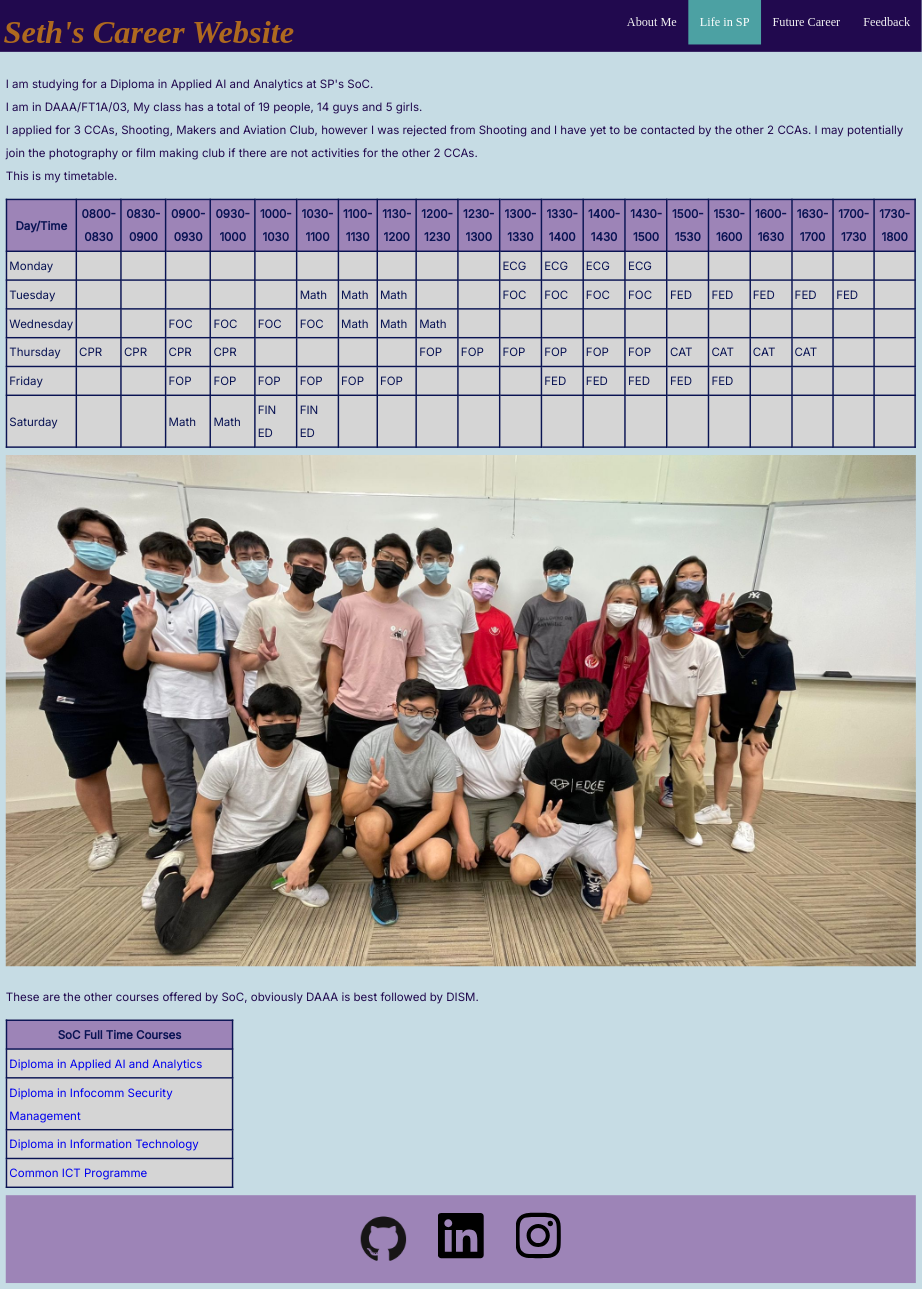
Repository: idkSeth/SP-FED-Website
Page: life.html
The author's editor kept a record of every edit. The page is drawn from the files as they stood at one moment, then again after the next edit.
The browser window is 1280 px wide. The pictures show the whole page, at 72% of full size.
Some web fonts or font styles are not loaded; a fallback is used.

Above is the page before.

After the next edit:
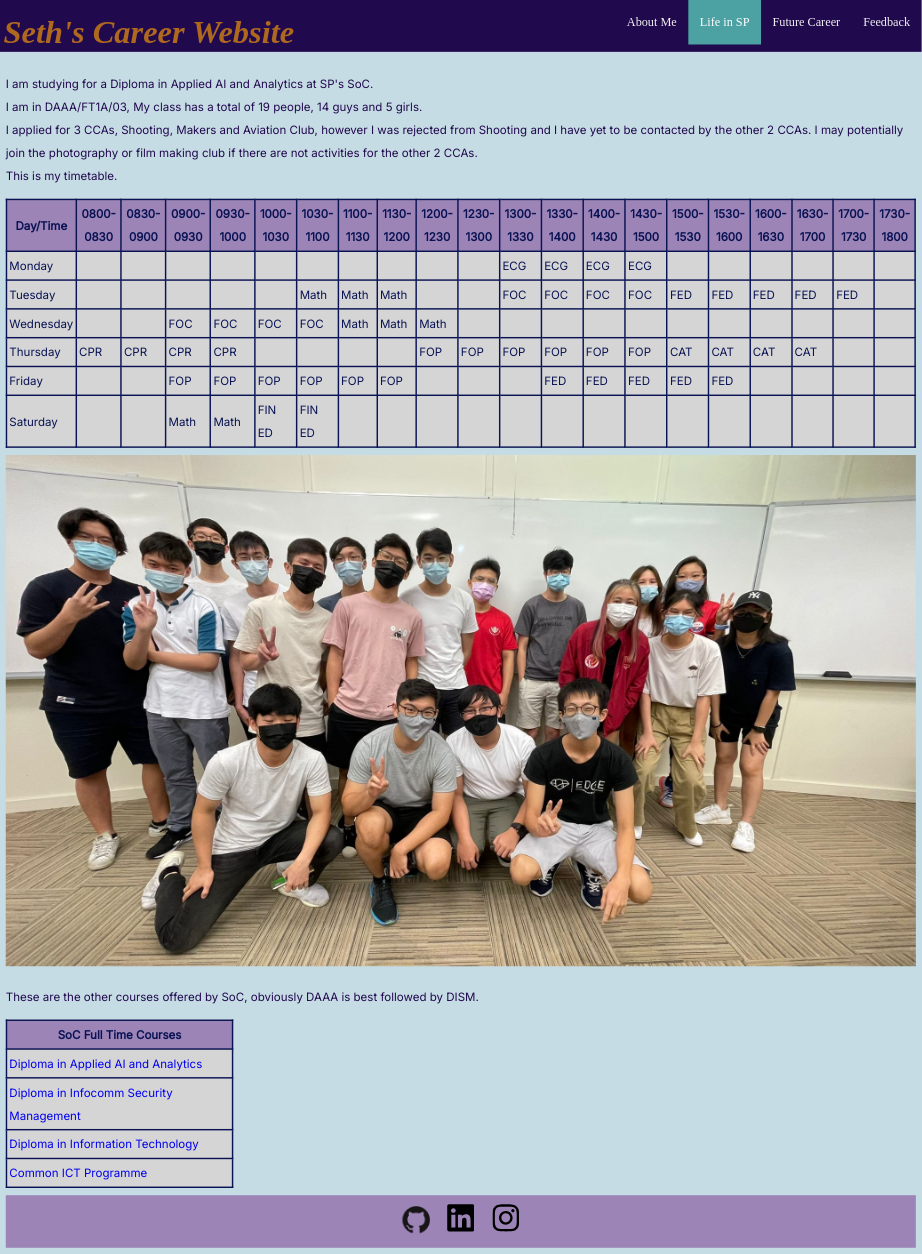
The edit:
--- a/styles.css
+++ b/styles.css
@@ -25,8 +25,8 @@
 }
 
 #social a img {
-  width: 5%;
-  padding: 20px;
+  width: 3%;
+  padding: 10px;
 }
 
 p {
